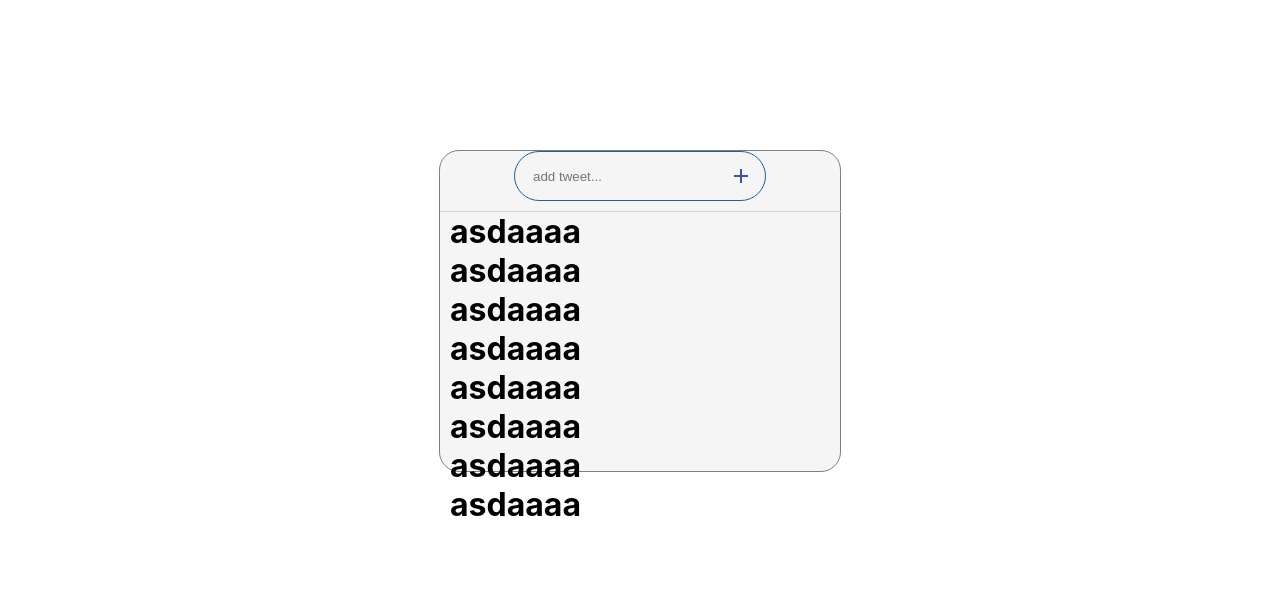
Repository: ehabmelhem/FullStack_Tweetapp
Page: /tweet (app in tweet-app-demo/)
An editor plug-in stored every save of this project. The page is shown before and after a run of saves, followed by the edit.
The browser window is 1280 px wide. The pictures show the whole page.
The project was rebuilt for these pictures with package versions that can differ from the ones it lists, and the page was loaded fresh each time. A package was used in the major version that the imports need, not the one package.json lists. Also part of the build but not shown: tweet-app-demo/src/Componets/Gotweet.js, tweet-app-demo/src/Componets/Login.css, tweet-app-demo/src/Componets/Login.js, tweet-app-demo/src/Componets/SignUp.css, tweet-app-demo/src/Componets/SignUp.js.

Above is the page before, as saved 2021-01-28 20:06:39.

After the next 2 saves:
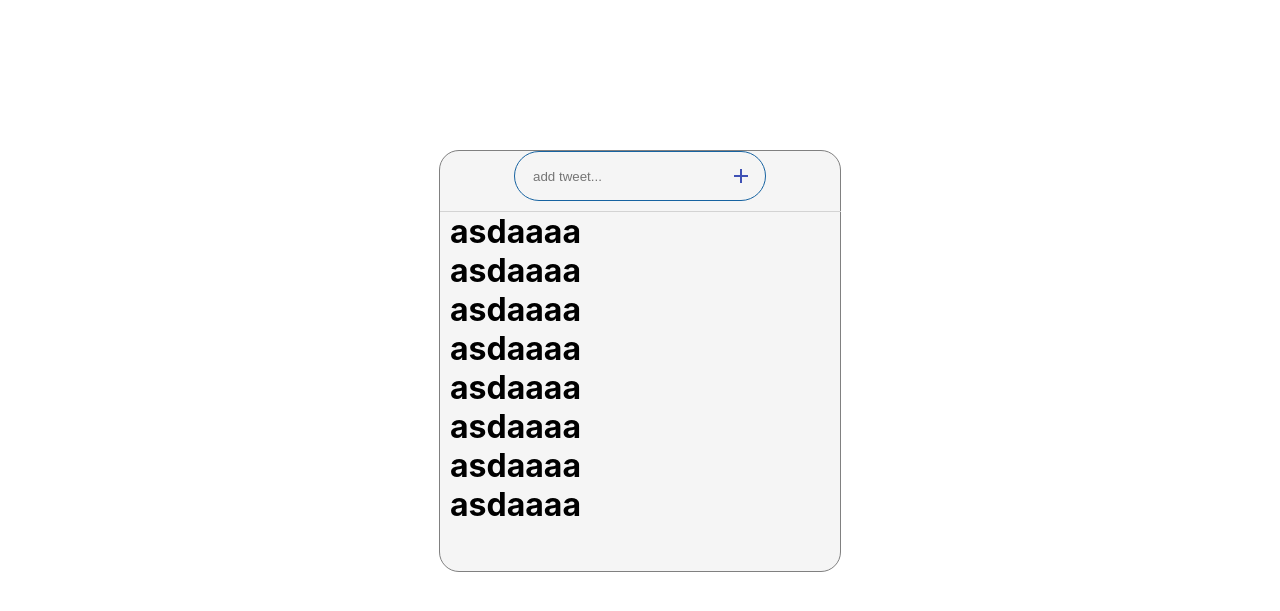
The 2 saves are shown as one change because they came seconds apart.
The last was saved 7 s later.
--- a/tweet-app-demo/src/Componets/Tweet.css
+++ b/tweet-app-demo/src/Componets/Tweet.css
@@ -19,7 +19,7 @@
   border-radius: 20px;
   border: 1px solid gray;
   z-index: 999;
-  height: 320px;
+  height: 420px;
 }
 /* Hide scrollbar for Chrome, Safari and Opera */
 
